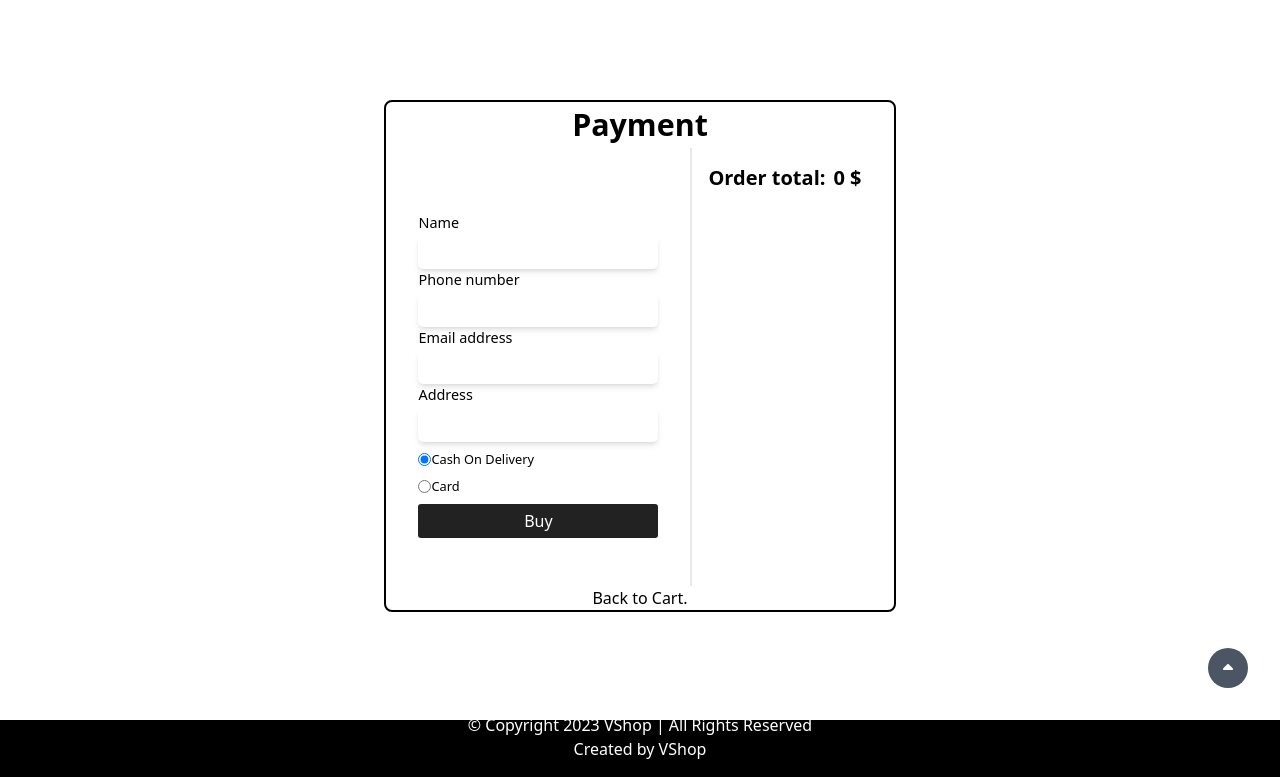
Repository: Kith933UTH/VSHOP
Page: /payment
An editor plug-in stored every save of this project. The page is shown before and after the next save, followed by the edit.
The browser window is 1280 px wide. The pictures show the whole page.
Pictures or frames that could not be fetched are drawn as grey boxes. The project was rebuilt for these pictures with package versions that can differ from the ones it lists, and the page was loaded fresh each time. Also part of the build but not shown: src/components/product-item/ProductItem.js, src/components/loader/Loader.js, src/constants/constants.js, src/components/product-filters/Category.js, src/components/product-filters/Price.js, src/components/product-filters/Rating.js, src/components/product-filters/ProductFilters.js, src/components/cart-shopping/CartEmpty.js and 20 more.

Above is the page before, as saved 2023-08-04 23:02:03.

### public/index.html
<!DOCTYPE html>
<html lang="en">
  <head>
    <meta charset="utf-8" />
    <link rel="icon" href="./logo.png" />
    <meta name="viewport" content="width=device-width, initial-scale=1" />
    <meta name="theme-color" content="#000000" />
    <meta
      name="description"
      content="Web site created using create-react-app"
    />
    <link rel="apple-touch-icon" href="%PUBLIC_URL%/logo192.png" />
    <!--
      manifest.json provides metadata used when your web app is installed on a
      user's mobile device or desktop. See https://developers.google.com/web/fundamentals/web-app-manifest/
    -->
    <link rel="manifest" href="%PUBLIC_URL%/manifest.json" />
    <!--
      Notice the use of %PUBLIC_URL% in the tags above.
      It will be replaced with the URL of the `public` folder during the build.
      Only files inside the `public` folder can be referenced from the HTML.

      Unlike "/favicon.ico" or "favicon.ico", "%PUBLIC_URL%/favicon.ico" will
      work correctly both with client-side routing and a non-root public URL.
      Learn how to configure a non-root public URL by running `npm run build`.
    -->
    <title>VShop</title>
  </head>
  <body>
    <noscript>You need to enable JavaScript to run this app.</noscript>
    <div id="root"></div>
  </body>
</html>

### src/index.js
import React from 'react'
import ReactDOM from 'react-dom/client'
import App from './App'
import {Provider} from "react-redux"
import {BrowserRouter} from "react-router-dom"
import {store} from "./redux"
import './index.css'

const root = ReactDOM.createRoot(document.getElementById('root'))
root.render(
    <Provider store={store}>
        <BrowserRouter>
            <App />
        </BrowserRouter>
    </Provider>
)

### src/redux/index.js
import {configureStore} from "@reduxjs/toolkit"
import {productsApi} from "./products/products.api"
import {productReducer} from "./products/products.slice"
import {setupListeners} from "@reduxjs/toolkit/query"

export const store = configureStore({
    reducer: {
        [productsApi.reducerPath]: productsApi.reducer,
        product: productReducer
    },
    middleware: getDefaultMiddleware => getDefaultMiddleware().concat(productsApi.middleware)
})

setupListeners(store.dispatch)

### src/index.css
@tailwind base;
@tailwind components;
@tailwind utilities;

@layer utilities {
    input[type="number"]::-webkit-inner-spin-button,
    input[type="number"]::-webkit-outer-spin-button {
        @apply appearance-none;
    }
}

html, body {
    width: 100%;
    height: 100%;
}

body::-webkit-scrollbar,
.box-item::-webkit-scrollbar,
.search-box::-webkit-scrollbar{
    width: 8px;
}

main {
    display: flex;
    flex-direction: column;
    height: 100%;
}

body::-webkit-scrollbar-thumb,
.box-item::-webkit-scrollbar-thumb,
.search-box::-webkit-scrollbar-thumb{
    background-color: #ccc;
    border-radius: 20px;
}

#root {
    height: 100%;
}

body {
    overflow: hidden;
}

.productItem:hover {
    transition: opacity .3s linear;
    opacity: .5;
}

.box-item {
    height: 320px;
    overflow-y: scroll;
}

/* Loader */
.loader-box {
    width: 100px;
    height: 100px;
    display: flex;
    justify-content: center;
    align-items: center;
    margin: 50px auto 0;
}

.loader{
    position: relative;
    width: 70px;
    height: 70px;
}

.loader span {
    position: absolute;
    top:0;
    left: 0;
    width: 100%;
    height: 100%;
    transform: rotate(calc(18deg * var(--i)));
}

.loader span::before {
    content:'';
    position: absolute;
    top: 0;
    left: 0;
    width: 10px;
    height: 10px;
    background: #000;
    border-radius: 50%;
    transform: scale(0);
    animation: animate 2s linear infinite;
    animation-delay: calc(0.1s * var(--i));
}
@keyframes animate {
    0%{
        transform: scale(0);
    }
    10%{
        transform: scale(1.2);
    }
    80%,100%{
        transform: scale(0);
    }
}

### src/context/context.js
import {createContext} from "react"

export const Context = createContext()

### src/components/footer/Footer.js
import React from "react"
import { Contact } from "../contact/Contact"
import { Policy } from "../policy/Policy"
export function Footer() {
    return (
        <footer className='bg-black text-white in-h-fit'>
            {/* <div className='max-w-[1240px] mx-auto py-2 text-sm sm:text-base'>
                <div className='flex justify-center'>
                    <a href='https://github.com/VolodymyrGoshko/react-shop'
                       target='_blank'
                       rel="noreferrer"
                       className='capitalize border-b mb-3 text-base hover:text-gray-300 transition'
                    >
                        view source code on github
                    </a>
                </div>
                <div className='flex justify-center flex-col items-center'>
                    <p className='text-center'>© Copyright 2022 React Shop | All Rights Reserved</p>
                    <a href='https://www.linkedin.com/in/volodymyr-goshko-656ab920b/'
                       target="_blank"
                       rel="noreferrer"
                       className='hover:text-gray-300 transition'
                    >
                        Created by Volodymyr Goshko
                    </a>
                </div>
            </div> */}
            <Contact />
            <Policy />
            <div className='flex justify-center flex-col items-center my-4'>
                    <p className='text-center'>© Copyright 2023 VShop | All Rights Reserved</p>
                    <a href='#' className='hover:text-gray-300 transition' >
                        Created by VShop
                    </a>
                </div>
        </footer>
    )
}

### src/components/btn-scroll/BtnScroll.js
import React from "react"
import {FontAwesomeIcon} from "@fortawesome/react-fontawesome"
import {faCaretUp} from "@fortawesome/free-solid-svg-icons"

export function BtnScroll() {
    const topClick = () => {
        const body = document.querySelector('body').getBoundingClientRect().top + window.scrollY
        window.scroll({
            top: body,
            behavior: 'smooth'
        })
    }

    return (
        <button
            className='fixed bottom-8 right-4 bg-gray-600 text-white rounded-full w-[30px] h-[30px] md:w-[40px] md:h-[40px] md:right-8 md:bottom-8 z-20 shadow-gray-600'
            onClick={topClick}
        >
            <FontAwesomeIcon icon={faCaretUp}/>
        </button>
    )
}

### src/components/payment/Payment.js
import React from "react"
import {useDispatch, useSelector} from "react-redux"
import { Link } from "react-router-dom"
import { CartItemPayment } from "./CartItemPayment"
import './index.css'
export function Payment({login}) {
    const {cart, btnCart} = useSelector(state => state.product)
    const totalPrice = () => {
        let price = 0
        cart.forEach(item => price += item.price * item.quantity)
        return Math.round(price * 0.9 * 100) / 100
    }
    return (
        <div className="payment-page text-center m-5-auto flex justify-center">
            <div className="border-2 rounded-lg border-black w-max h-fit">
            <h2>Payment</h2>
            <div className="flex flex-row justify-center">
                <form className="border-none bg-none m-0" action="/success">
                    <p>
                        <label>Name</label><br/>
                        <input className='shadow-md' type="text" name="name" required />
                    </p>
                    <p>
                        <label>Phone number</label><br/>
                        <input className='shadow-md' type="tel" name="tel" required />
                    </p>
                    <p>
                        <label>Email address</label><br/>
                        <input className='shadow-md' type="email" name="email" required />
                    </p>
                    <p>
                        <label>Address</label><br/>
                        <input className='shadow-md'  type="text" name="address" required />
                    </p>
                    <p className='flex justify-start pt-2'>
                        <input className='' type="radio" name="checkbox" defaultChecked/> <span>Cash On Delivery</span>
                    </p>
                    <p className='flex justify-start py-2'>
                        <input className='' type="radio" name="checkbox" /> <span>Card</span>
                    </p>

                    <p>
                        <button id="sub_btn" type="submit">Buy</button>
                    </p>
                </form>
                <div className={`border-l-2 px-4 ${cart.length > 2 ? 'box-item' : ''}`}>
                    {cart.map(item => <CartItemPayment key={item.id} item={item}/>)}
                    <div className='flex justify-center sm:justify-end pt-4'>
                        <div className='w-fit rounded-xl flex flex-col justify-between items-center sm:flex-row'>
                            <div className='mr-0 sm:mr-4 font-semibold'>
                                <span className='mr-2 text-base sm:text-xl'>Order total:</span>
                                <span className='text-base sm:text-xl'>{totalPrice()} $</span>
                            </div>
                        </div>
                    </div>
                </div>
            </div>
            <footer>
                <p><Link to={'..'}>Back to Cart</Link>.</p>
            </footer>
            </div>
        </div>
    )
}

### src/redux/products/products.api.js
import {createApi, fetchBaseQuery} from "@reduxjs/toolkit/query/react"

export const productsApi = createApi({
    reducerPath: 'products/api',
    baseQuery: fetchBaseQuery({
        baseUrl: 'https://fakestoreapi.com'
    }),
    // refetchOnFocus: true,
    endpoints: build => ({
        getProductsAll: build.query({
            query:() => ({
                url: '/products'
            })
        }),
        getProductById: build.query({
            query:(id) => ({
                url: `/products/${id}`
            })
        }),
        getProductByCategory: build.query({
            query:(category) => ({
                url: `/products/category/${category}`
            })
        })
    })
})

export const {
    useGetProductsAllQuery,
    useGetProductByIdQuery,
    useGetProductByCategoryQuery
} = productsApi

### src/components/policy/Policy.js
import React from "react"
import { Link } from "react-router-dom"
export function Policy() {
    return (
        <div className='text-white in-h-fit max-w-[1240px] mx-auto py-2 text-sm sm:text-base flex justify-around items-cente'>
            <Link className='text-lg font-medium text-center' to='/return-policy'>
                RETURN POLICIES
            </Link>
            <Link className='text-lg font-medium text-center' to='/warranty-policy'>
                WARRANTY POLICIES
            </Link>
            <Link className='text-lg font-medium text-center' to='/shipping-policy'>
                SHIPPING POLICIES
            </Link>
        </div>
    )
}

### src/components/login/index.css
/* .m-5-auto {
    margin: 5rem auto
} */

.primary-button {
    margin-top: 5rem;
    margin-right: 1rem;
    padding: .6rem;
    width: 10rem;
    background: #222;
    border: none;
    color: #fff;
    font-size: 1.2rem;
    transition: all .5s;
    cursor: pointer;
    text-transform: capitalize
}

/***    Landing Page     ***/
.main-title,
.main-para {
    color: #f1f1f1
}

.main-title {
    padding-top: 10rem;
    font-size: 5rem;
    font-family: 'Fascinate', cursive;
    text-transform: uppercase
}

.main-para {
    font-size: 2.5rem;
    text-Transform: capitalize
}

#reg_btn span {
    display: inline-block;
    position: relative;
    transition: 0.5s;
}

#reg_btn span:after {
    content: '\00bb';
    position: absolute;
    opacity: 0;
    top: 0;
    right: -20px;
    transition: 0.5s;
}

#reg_btn:hover span {
  padding-right: 25px;
}

#reg_btn:hover span:after {
  opacity: 1;
  right: 0;
}

/***    Login Page     ***/
.login-page h2 {
    font-weight: 700;
    font-size: 1.9rem;
}
.login-page {
    position: fixed;
    top: 0;
    left: 0;
    right: 0;
    bottom: 0;
    z-index: 10;
    background-color: white;
    padding-top: 100px;
}

.login-page form {
    display: inline-block;
    background: #f3f3f3;
    border: 1px solid #ddd;
    border-radius: 2px;
    padding: 2rem;
    margin: 2rem 0 1rem 0
}

.login-page form label {
    float: left;
    font-size: .9rem;
    margin: 0;
    padding: 0
}

.right-label {
    float: right;
    cursor: pointer
}

.login-page input {
    width: 15rem;
    padding: .3rem;
    border-radius: 5px;
    outline: none;
    border: none
}

#sub_btn {
    display: block;
    width: 100%;
    padding: .3rem;
    border: none;
    background: #222;
    color: #fff;
    border-radius: 3px;
}

#sub_btn:hover {
    background: #333;
    transition: all .5s
}

/* footer p {
    margin: 0;
    font-size: .9rem
} */

/***    Register Page     ***/
#checkbox {
    width: 1rem
}

form span {
    font-size: .8rem
}

#reset_pass_lbl {
    float: left
}

/***    Home Page     ***/
.home-page-title {
    color: #222
}


.register-page input {
    width: 15rem;
    padding: .3rem;
    border-radius: 5px;
    outline: none;
    border: none
}

.register-page h2 {
    font-weight: 700;
    font-size: 1.9rem;
}
.register-page {
    position: fixed;
    top: 0;
    left: 0;
    right: 0;
    bottom: 0;
    z-index: 10;
    background-color: white;
    padding-top: 100px;
}

.register-page form {
    display: inline-block;
    background: #f3f3f3;
    border: 1px solid #ddd;
    border-radius: 2px;
    padding: 2rem;
    margin: 2rem 0 1rem 0
}

.register-page form label {
    float: left;
    font-size: .9rem;
    margin: 0;
    padding: 0
}

### src/components/payment/index.css
.payment-page input:not(.payment-page input[type=radio]){
    width: 15rem;
    padding: .3rem;
    border-radius: 5px;
    outline: none;
    border: none
}

.payment-page h2 {
    font-weight: 700;
    font-size: 1.9rem;
}
.payment-page {
    position: fixed;
    top: 0;
    left: 0;
    right: 0;
    bottom: 0;
    z-index: 10;
    background-color: white;
    padding-top: 100px;
}

.payment-page form {
    display: inline-block;
    padding: 2rem;
    margin: 2rem 0 1rem 0
}

.payment-page form label {
    float: left;
    font-size: .9rem;
    margin: 0;
    padding: 0
}

### src/components/contact/index.css
.contact-section {
    /* height: 96vh; */
    width: 100%;
    border-bottom: 1px solid #999;
}

.form-area {
    position: relative;
    /* height:84vh; */
    width: 100%;
    background: black;
    -webkit-box-sizing: border-box;
    box-sizing: border-box;
}

.form-area .form-wrap {
    /* position: absolute; */
    /* left: 50%;
    -webkit-transform: translateX(-50%);
    -ms-transform: translateX(-50%);
    transform: translateX(-50%); */
    width: 1120px;
    background-color: white;
    background-size: cover;
    background-position: center;
    border-radius: 0.2rem;
    -webkit-box-sizing: border-box;
    box-sizing: border-box;
    -webkit-box-shadow: 0 0 0.4rem 0 #999;
    box-shadow: 0 0 0.4rem 0 #999;
}

.form-wrap .title {
    padding-top: 2.4rem;
    width: 100%;
    -webkit-box-sizing: border-box;
    box-sizing: border-box;
}

.form-wrap .title h1 {
    color: black;
    font-size: 2.6rem;
    text-align: center;
}

.form-wrap .contact-area {
    padding-top: 3rem;
    display: -webkit-box;
    display: -ms-flexbox;
    display: flex;
    width: 100%;
    height: auto;
    -webkit-box-sizing: border-box;
    box-sizing: border-box;
}

.contact-area .contact-info {
    display: flex;
    flex-direction: column;
    justify-content: center;
    align-items: center;
    width: 35%;
    height: 100%;
    margin-left: 6rem;
}

.contact-info>div {
    margin-bottom: 1rem;
    display: -webkit-box;
    display: -ms-flexbox;
    display: flex;
    -webkit-box-align: center;
    -ms-flex-align: center;
    align-items: center;
}

.contact-info>div>p {
    color: #333;
    font-size: 1.4rem;
    font-weight: 500;
    text-align: center;
}

.contact-info>div>span {
    color: #61790a;
    font-size: 2rem;
    margin-right: 0.8rem;
}

.contact-area .contact-form {
    display: -webkit-box;
    display: -ms-flexbox;
    display: flex;
    -webkit-box-orient: vertical;
    -webkit-box-direction: normal;
    -ms-flex-direction: column;
    flex-direction: column;
    width: 60%;
    height: auto;
    padding: 0 3rem;
    -webkit-box-sizing: border-box;
    box-sizing: border-box;
}

.contact-form .name-field {
    display: -webkit-box;
    display: -ms-flexbox;
    display: flex;
    -webkit-box-pack: justify;
    -ms-flex-pack: justify;
    justify-content: space-between;
}

.name-field .input-area {
    width: 48%;
}

.contact-form .input-area {
    position: relative;
    margin-bottom: 2rem;
}

.input-area input {
    height: 3rem;
    width: 100%;
    color: #333;
    font-size: 1.2rem;
    border: 2px solid #fff;
    border-radius: 0.2rem;
    /* background: #eff; */
    -webkit-box-shadow: 0 0 0.1rem #666;
    box-shadow: 0 0 0.1rem #666;
    outline: none;
    padding: 0 1rem;
    -webkit-box-sizing: border-box;
    box-sizing: border-box;
    -webkit-transition: all 0.3s ease;
    -o-transition: all 0.3s ease;
    transition: all 0.3s ease;
}

.input-area label {
    position: absolute;
    top: 50%;
    left: 1rem;
    -webkit-transform: translateY(-50%);
    -ms-transform: translateY(-50%);
    transform: translateY(-50%);
    color: #333;
    font-size: 1.2rem;
    font-weight: 500;
    -webkit-transition: all 0.3s ease;
    -o-transition: all 0.3s ease;
    transition: all 0.3s ease;
}

.input-area input:focus~label,
.input-area input:valid~label {
    top: -0.8rem;
    left: 0;
    color: #fff;
    background: #111;
    border-radius: 5px;
    padding: 0.2rem;
    font-size: 1rem;
}

.contact-form .message-area {
    position: relative;
    -webkit-box-flex: 1;
    -ms-flex: 1 1 auto;
    flex: 1 1 auto;
    height: 200px;
    width: 100%;
}

.message-area textarea {
    height: 100%;
    width: 100%;
    border: 2px solid #fff;
    outline: none;
    font-size: 1.2rem;
    padding: 1rem;
    color: #333;
    -webkit-box-sizing: border-box;
    box-sizing: border-box;
    -webkit-box-shadow: 0 0 0.1rem #666;
    box-shadow: 0 0 0.1rem #666;
    border-radius: 0.2rem;
    resize: vertical;
    -webkit-transition: all 0.3s ease;
    -o-transition: all 0.3s ease;
    transition: all 0.3s ease;
}

.message-area label {
    position: absolute;
    color: #333;
    font-weight: 500;
    font-size: 1.2rem;
    top: 1rem;
    left: 1rem;
    -webkit-transition: all 0.3s ease;
    -o-transition: all 0.3s ease;
    transition: all 0.3s ease;
}

.message-area textarea:focus~label,
.message-area textarea:valid~label {
    top: -1.6rem;
    left: 0;
    color: #fff;
    padding: 0.2rem;
    background: #111;
    font-size: 1rem;
}

.contact-form .btn {
    margin-top: 1.8rem;
}

.contact-form .btn button {
    height: 3.2rem;
    width: 8rem;
    border: none;
    outline: none;
    color: #fff;
    font-size: 1.2rem;
    background: black;
    border-radius: 0.1rem;
    cursor: pointer;
}

#contact.menu-active {
    padding-top: 2rem;
}

### src/components/contact/reponsive.css
@media screen and (min-width: 940px) and (max-width: 1360px) {
    /* .contact-section {
        height: 107vh;
    } */
    .form-area .form-wrap {
        width: 90%;
        height: 620px;
    }
}

@media screen and (max-width: 1040px) {
    .contact-area .contact-info {
        margin-left: 0;
        display: flex;
        flex-direction: column;
        justify-content: center;
        align-items: center;
    }

    .contact-area .contact-form {
        padding: 0 1.8rem;
    }

}



@media screen and (max-width: 940px) {
    /* .contact-section {
        height: 148vh;
    } */

    .form-area .form-wrap {
        padding-bottom: 3.6rem;
        width: 80%;
        height: auto;
    }

    .form-wrap .contact-area {
        -webkit-box-orient: vertical;
        -webkit-box-direction: normal;
        -ms-flex-direction: column;
        flex-direction: column;
        -webkit-box-pack: center;
        -ms-flex-pack: center;
        justify-content: center;
    }

    .contact-area .contact-info {
        width: 100%;
    }

    .contact-area .contact-form {
        width: 100%;
        padding: 1rem 4rem 0 4rem;
    }
}

/*
@media screen and (max-width: 836px) {
    .contact-section {
        min-height: 96vh;
    }
} */

@media screen and (max-width: 770px) {
    .contact-section {
        height: 1100px;
    }

    .form-area .form-wrap {
        width: 88%;
        height: auto;
    }
}

@media screen and (max-width: 680px) {
    .contact-section {
        height: 1100px;
    }


    .form-area .form-wrap {
        /* top: -82%; */
        width: 88%;
        height: auto;
    }

}


@media screen and (max-width: 490px) {
    .contact-section {
        height: 1100px;
    }

    .contact-area .contact-info {
        width: 88%;
        margin-left: 1.2rem;
    }

    .form-area .form-wrap {
        /* top: -82%; */
        width: 88%;
        height: auto;
    }

    .contact-info>div>p {
        font-size: 1.2rem;
    }

    .contact-area .contact-form {
        margin-top: 1.4rem;
        padding: 0 1.2rem;
    }

}

@media screen and (max-width: 390px) {
    .contact-section {
        height: 1130px;
    }

    .contact-area .contact-info {
        width: 80%;
        /* margin-left: 1.2rem; */
    }

    .form-area .form-wrap {
        width: 90%;
        height: auto;
    }

    .contact-info>div>p {
        font-size: 1.2rem;
    }

    .contact-area .contact-form {
        width: 100%;
        padding: 1rem 1rem 0 1rem;
    }
}


@media screen and (max-width: 340px) {
    .contact-section {
        height: 980px;
    }

    .form-area .form-wrap {
        top: -86%;
        width: 96%;
    }

    .contact-area  {
        width: 100%;
    }

    .contact-area .contact-info {
        width: 100%;
        margin-left: 1rem;
    }

    .form-wrap .title h1 {
        font-size: 2rem;
    }

    .contact-info>h2 {
        font-size: 1.6rem;
    }

    .contact-info>div>p {
        font-size: 1rem;
    }

    .contact-info>div>span {
        font-size: 1.2rem;
    }

    .input-area label {
        font-size: 1rem;
    }

    .message-area label {
        font-size: 1rem;
    }

}

Loaded but not shown: tailwind.config.js (common file); src/components/contact/Contact.js (66 lines, source omitted); src/App.js (46 lines, source omitted); src/redux/products/products.slice.js (60 lines, source omitted)

After the next save:
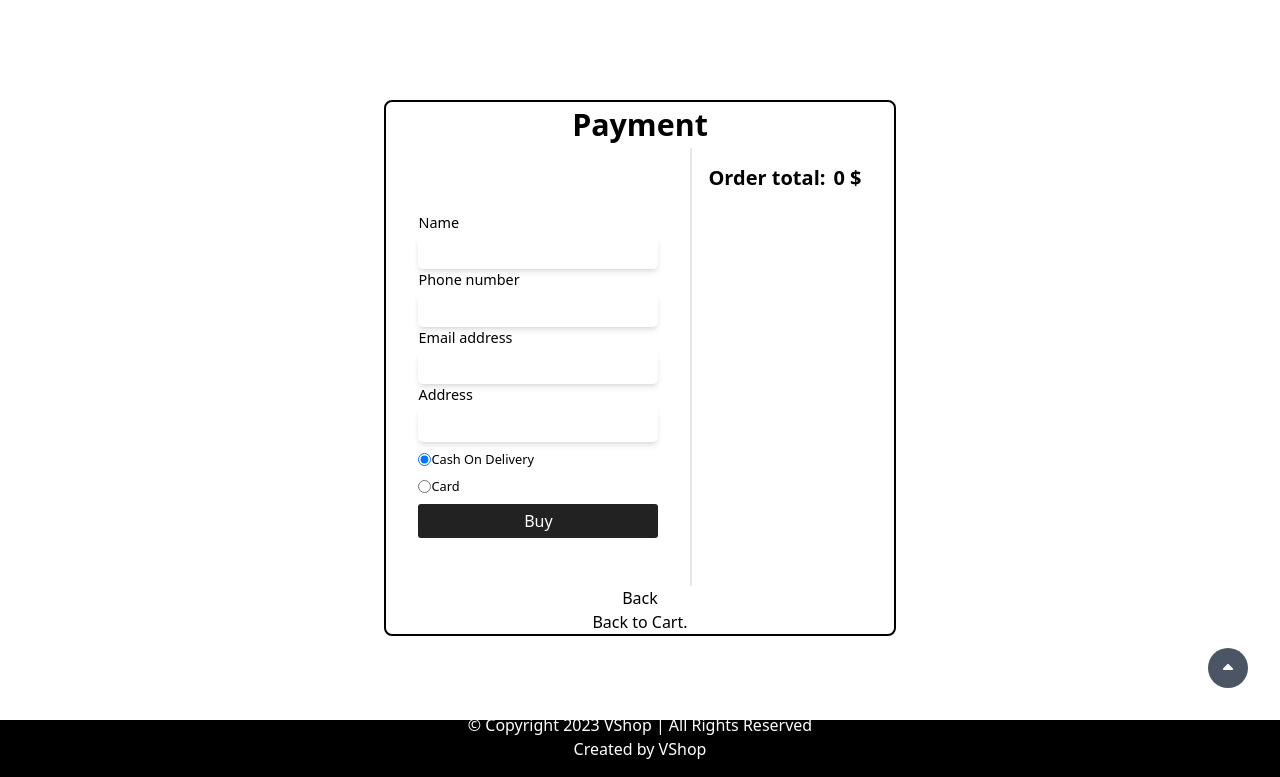
Saved 3 min 12 s later.
--- a/src/components/payment/Payment.js
+++ b/src/components/payment/Payment.js
@@ -1,9 +1,10 @@
 import React from "react"
 import {useDispatch, useSelector} from "react-redux"
-import { Link } from "react-router-dom"
+import { Link, useNavigate } from "react-router-dom"
 import { CartItemPayment } from "./CartItemPayment"
 import './index.css'
 export function Payment({login}) {
+    const navigate = useNavigate()
     const {cart, btnCart} = useSelector(state => state.product)
     const totalPrice = () => {
         let price = 0
@@ -56,7 +57,8 @@ export function Payment({login}) {
                 </div>
             </div>
             <footer>
-                <p><Link to={'..'}>Back to Cart</Link>.</p>
+                <p onClick={navigate(-1)}>Back</p>
+                <Link to={'..'}>Back to Cart</Link>.
             </footer>
             </div>
         </div>
